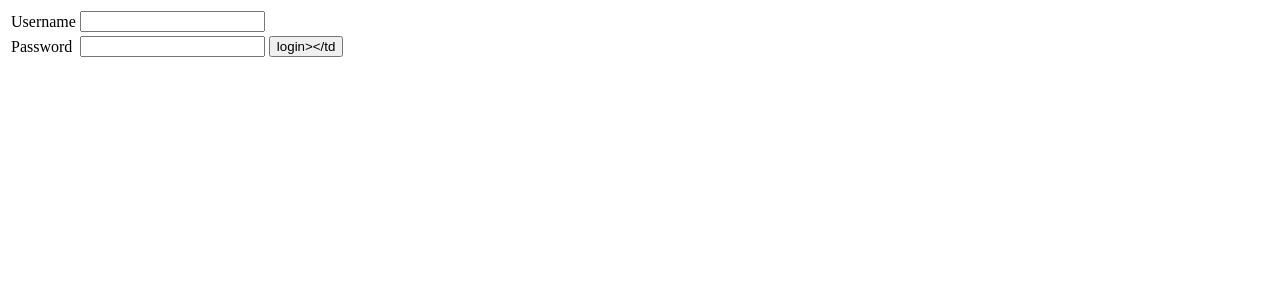
Repository: savithahb/springboot-apps
Page: WebOld2/WebContent/index.html
An editor plug-in stored every save of this project. The page is shown before and after the next save, followed by the edit.
The browser window is 1280 px wide. The pictures show the whole page.

Above is the page before, as saved 2020-02-13 05:51:12.

After the next save:
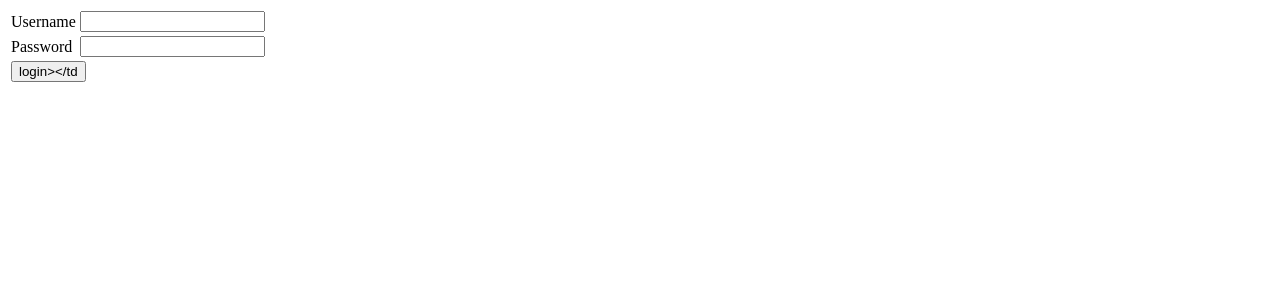
Saved 57 s later.
--- a/WebOld2/WebContent/index.html
+++ b/WebOld2/WebContent/index.html
@@ -14,7 +14,8 @@
       <tr>
       <td>Password</td>
       <td><input type="password" name="pass"></td>
-
+      </tr>
+      <tr>
       <td colspan=2><input type="submit" value="login></td"></td>
      </tr>
    </Table>
